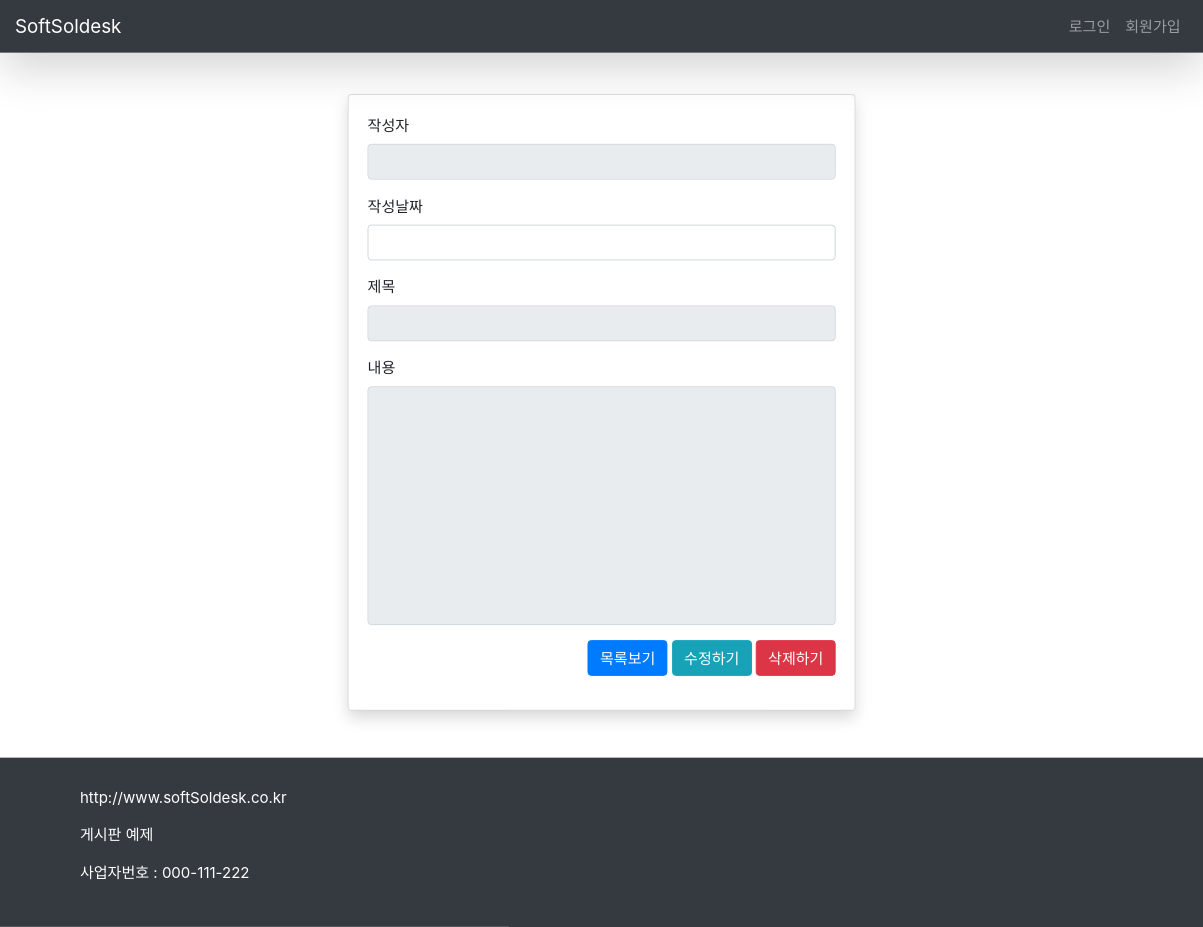
Repository: JunMinki/testGit
Page: http://localhost/BoardProject/WEB-INF/views/board/read.jsp
An editor plug-in stored every save of this project. The page is shown before and after the next save, followed by the edit.
The browser window is 1280 px wide. The pictures show the whole page, at 94% of full size.
The page is served by Tomcat 9. Nobody is signed in. Other server files are loaded and not shown. The template is opened directly, without the code that normally fills it, so the values that code supplies are empty.

Above is the page before, as saved 2024-07-31 14:45:55.

### BoardProject/src/main/webapp/WEB-INF/views/board/read.jsp
<%@ page language="java" contentType="text/html; charset=UTF-8"
	pageEncoding="UTF-8"%>
<%@ taglib prefix="c" uri="http://java.sun.com/jsp/jstl/core"%>

<!-- 절대경로로 수정하기 위한 코드 -->
<c:set var="root" value="${pageContext.request.contextPath }/" />
<!DOCTYPE html>
<html>
<head>
<meta charset="UTF-8">
<meta name="viewport" content="width=device-width, initial-scale=1">
<title>미니 프로젝트</title>
<!-- Bootstrap CDN -->
<link rel="stylesheet"
	href="https://maxcdn.bootstrapcdn.com/bootstrap/4.1.0/css/bootstrap.min.css">
<script
	src="https://ajax.googleapis.com/ajax/libs/jquery/3.3.1/jquery.min.js"></script>
<script
	src="https://cdnjs.cloudflare.com/ajax/libs/popper.js/1.14.0/umd/popper.min.js"></script>
<script
	src="https://maxcdn.bootstrapcdn.com/bootstrap/4.1.0/js/bootstrap.min.js"></script>
</head>
<body>
	<!-- 상단 메뉴 부분 -->
	<c:import url="/WEB-INF/views/include/top_menu.jsp" />
	<div class="container" style="margin-top: 100px">
		<div class="row">
			<div class="col-sm-3"></div>
			<div class="col-sm-6">
				<div class="card shadow">
					<div class="card-body">
						<div class="form-group">
							<label for="board_writer_name">작성자</label>
							<input type="text" id="board_writer_name" name="board_writer_name" class="form-control" value="${content.content_writer_name }" disabled="disabled" />
						</div>
						<div class="form-group">
							<label for="board_date">작성날짜</label>
							<input type="text" id="board_date" name="board_date" class="form-control" value="${content.content_date }" />
						</div>
						<div class="form-group">
							<label for="board_subject">제목</label>
							<input type="text" id="board_subject" name="board_subject" class="form-control" value="${content.content_subject }" disabled="disabled" />
						</div>
						<div class="form-group">
							<label for="board_content">내용</label>
							<textarea id="board_content" name="board_content" class="form-control" rows="10" style="resize: none" disabled="disabled">${content.content_text }</textarea>
						</div>
						<c:if test="${content.content_file != null }">
						<div class="form-group">
							<label for="board_file">첨부 이미지</label>
							<img src="${root }upload/${content.content_file}" width="100%" />
						</div>
						</c:if>
						<div class="form-group">
							<div class="text-right">
								<a href="${root }board/main?board_info_idx=${board_info_idx}" class="btn btn-primary">목록보기</a> <a
									href="${root }board/modify" class="btn btn-info">수정하기</a> <a
									href="${root }board/delete" class="btn btn-danger">삭제하기</a>
							</div>
						</div>

					</div>
				</div>
			</div>
			<div class="col-sm-3"></div>
		</div>
	</div>
	<!-- 하단 메뉴 부분 -->
	<c:import url="/WEB-INF/views/include/bottom_info.jsp" />
</body>
</html>

### BoardProject/src/main/webapp/WEB-INF/views/include/top_menu.jsp
<%@ page language="java" contentType="text/html; charset=UTF-8"
	pageEncoding="UTF-8"%>
<%@ taglib prefix="c" uri="http://java.sun.com/jsp/jstl/core"%>

<!-- 절대경로로 수정하기 위한 코드 -->
<c:set var="root" value="${pageContext.request.contextPath }/" />

<!-- 모든 jsp에서 끌어 다 쓸 곳 -->

<!-- 상단 메뉴 부분 -->
<nav
	class="navbar navbar-expand-md bg-dark navbar-dark fixed-top shadow-lg">
	<!-- 홈버튼 -->
	<a class="navbar-brand" href="${root }main">SoftSoldesk</a>

	<button class="navbar-toggler" type="button" data-toggle="collapse"
		data-target="#navMenu">
		<span class="navbar-toggler-icon"></span>
	</button>
	<div class="collapse navbar-collapse" id="navMenu">

		<!-- 게시글 링크 -->
		<ul class="navbar-nav">
			<c:forEach var="obj" items="${topMenuList}">
				<li class="nav-item">
					<!-- ${root }를 추가함으로써 절대경로가 추가되어서 중복되지않음 -->
					<a href="${root }board/main?board_info_idx=${obj.board_info_idx}" class="nav-link">${obj.board_info_name }</a>
				</li>
			</c:forEach>
		</ul>

		<ul class="navbar-nav ml-auto">
			<c:choose>
				<c:when test="${loginUserBean.userLogin == true }">
					<li class="nav-item">
						<a href="${root }user/modify" class="nav-link">정보수정</a>
					</li>
					<li class="nav-item">
						<a href="${root }user/logout" class="nav-link">로그아웃</a>
					</li>
				</c:when>

				<c:otherwise>
					<li class="nav-item">
						<a href="${root }user/login" class="nav-link">로그인</a>
					</li>
					<li class="nav-item">
						<a href="${root }user/join" class="nav-link">회원가입</a>
					</li>
				</c:otherwise>
			</c:choose>
		</ul>
	</div>
</nav>

### BoardProject/src/main/webapp/WEB-INF/views/include/bottom_info.jsp
<%@ page language="java" contentType="text/html; charset=UTF-8"
	pageEncoding="UTF-8"%>
<!-- 모든 페이지에서 사용할 하단 -->


<div class="container-fluid bg-dark text-white"
	style="margin-top: 50px; padding-top: 30px; padding-bottom: 30px">
	<div class="container">
		<p>http://www.softSoldesk.co.kr</p>
		<p>게시판 예제</p>
		<p>사업자번호 : 000-111-222</p>
	</div>
</div>

After the next save:
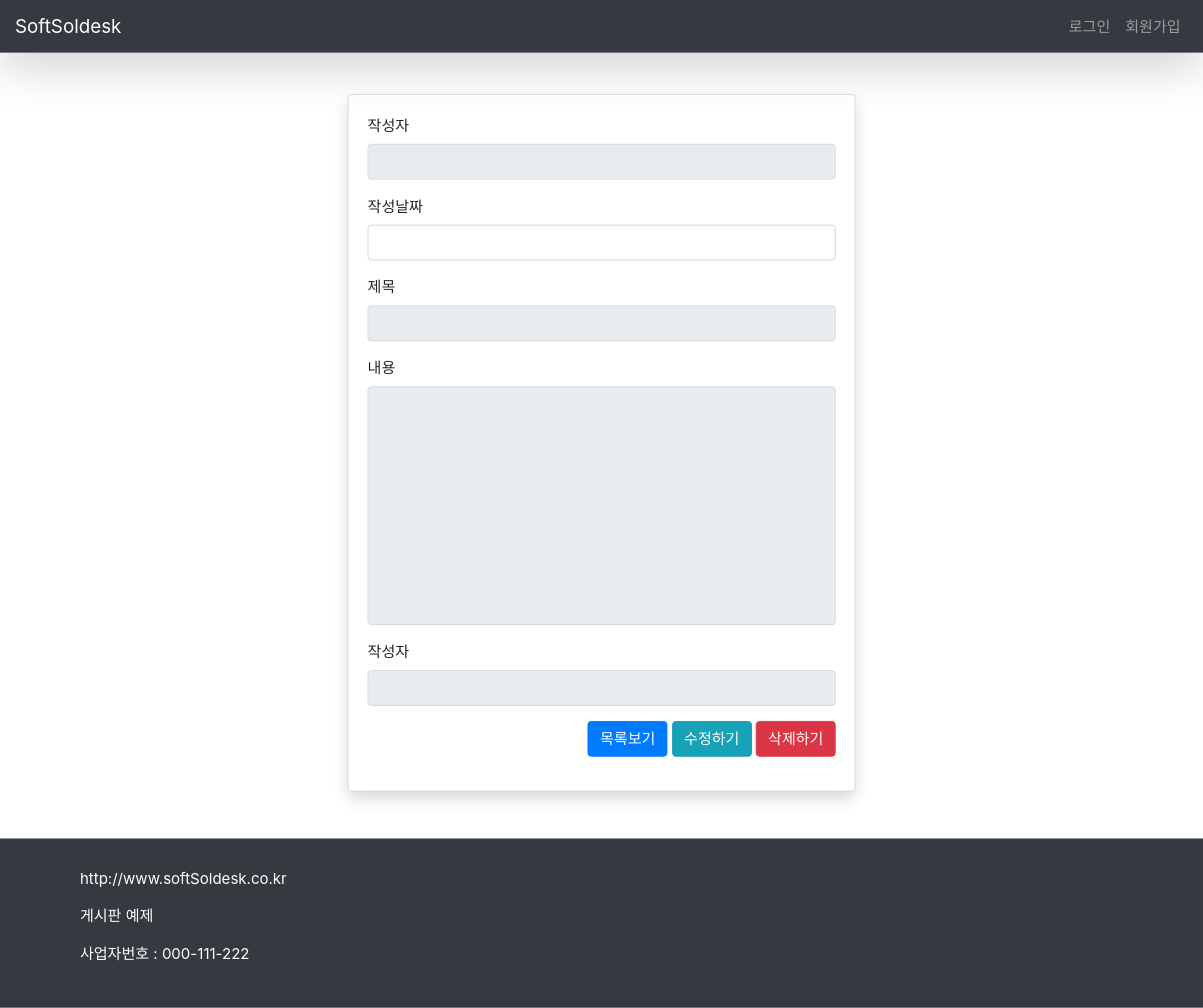
Saved 23 min 39 s later.
--- a/BoardProject/src/main/webapp/WEB-INF/views/board/read.jsp
+++ b/BoardProject/src/main/webapp/WEB-INF/views/board/read.jsp
@@ -1,6 +1,7 @@
 <%@ page language="java" contentType="text/html; charset=UTF-8"
 	pageEncoding="UTF-8"%>
 <%@ taglib prefix="c" uri="http://java.sun.com/jsp/jstl/core"%>
+<%@ taglib prefix="form" uri="http://www.springframework.org/tags/form" %>
 
 <!-- 절대경로로 수정하기 위한 코드 -->
 <c:set var="root" value="${pageContext.request.contextPath }/" />
@@ -51,6 +52,16 @@
 							<img src="${root }upload/${content.content_file}" width="100%" />
 						</div>
 						</c:if>
+
+						<!-- 댓글 구간 -->
+
+						<div class="form-group">
+							<label for="board_writer_name">작성자</label>
+							<input type="text" id="board_writer_name" name="board_writer_name" class="form-control" value="${content.content_writer_name }" disabled="disabled" />
+						</div>
+
+						<!-- 댓글 구간 끝 -->
+
 						<div class="form-group">
 							<div class="text-right">
 								<a href="${root }board/main?board_info_idx=${board_info_idx}" class="btn btn-primary">목록보기</a> <a
